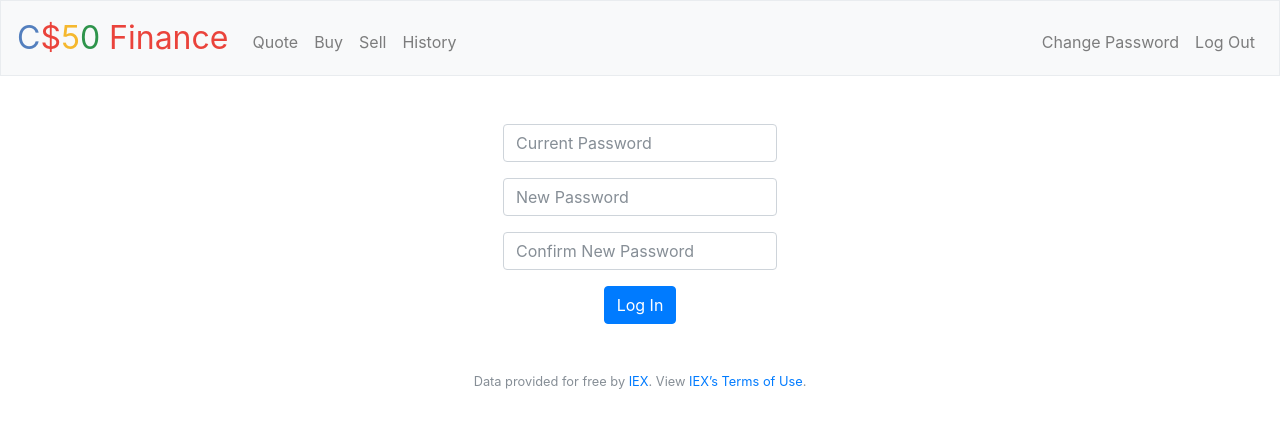
Repository: STMcNamara/cs50-Problems
Page: http://localhost/password
The author's editor kept a record of every edit. The page is drawn from the files as they stood at one moment, then again after the next edit.
The browser window is 1280 px wide. The pictures show the whole page.
Some web libraries are served in a nearby version. The page is served by the project's application, run on Flask 3 (pset7/finance/application.py). The session is filled in as if someone had signed in: {"user_id": 1}.

Above is the page before.

After the next edit:
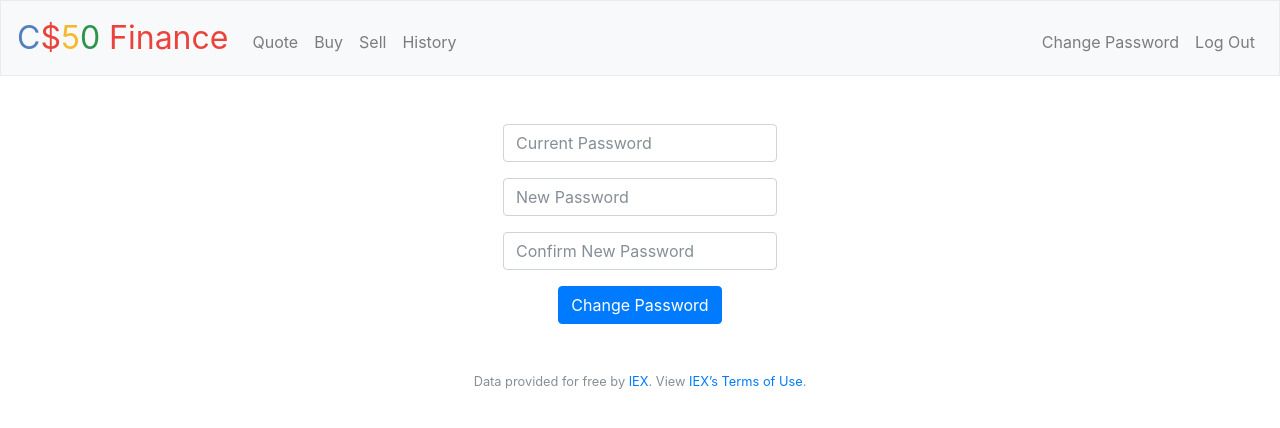
The edit:
--- a/pset7/finance/templates/password.html
+++ b/pset7/finance/templates/password.html
@@ -15,6 +15,6 @@
         <div class="form-group">
             <input class="form-control" name="confirmation" placeholder="Confirm New Password" type="password"/>
         </div>
-        <button class="btn btn-primary" type="submit">Log In</button>
+        <button class="btn btn-primary" type="submit">Change Password</button>
     </form>
 {% endblock %}
